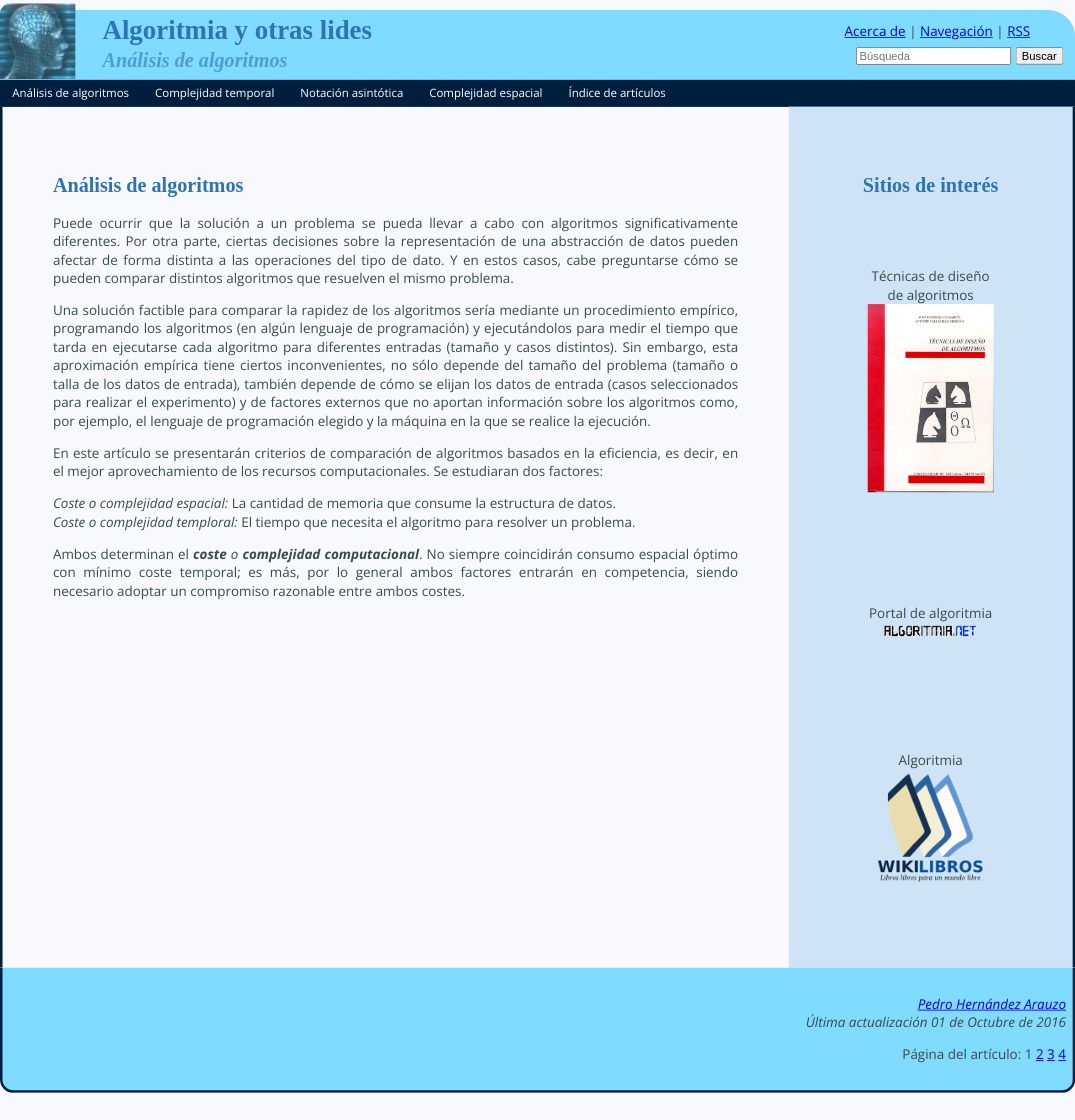
Repository: dgsama/Curso17
Page: SEW/WorkSpace/Practica04/index.html
The author's editor kept a copy of each file at every save. The page is drawn from the files as they stood at one save, then again after a run of saves.
The browser window is 1280 px wide. The pictures show the whole page, at 84% of full size.
Some web fonts or font styles are not loaded; a fallback is used.

Above is the page before, as saved 2016-10-26 09:57:43.

### SEW/WorkSpace/Practica04/index.html
<!DOCTYPE html>
<html xmlns="http://www.w3.org/1999/xhtml" lang="es" xml:lang="es">
<head>
<meta charset="UTF-8" />
<title>Análisis de algoritmos</title>
<link rel="stylesheet" type="text/css"
href="estilo.css" media="screen"/>
<style type="text/css">
/*<![CDATA[
body {
    counter-reset: c1;
}

section h2:before {
    counter-increment: c1;
    content: counter(c1) ". ";
}
]]>*/
</style>
</head>
<body>
  <header>
    <h1>
      <a href="#" title="Página inicial del blog" tabindex="1"><img
      src="algoritmia.jpg" alt="logo"/>Algoritmia y otras lides</a>
    </h1>
    <h2>Análisis de algoritmos</h2>
    <ul id="ayuda">
      <li><a href="#">Acerca de</a></li>
      <li><a href="#">Navegación</a></li>
      <li><a href="#">RSS</a></li>
      <li>
        <form method="post" action="#">
		  <fieldset>
			<input type="search" size="20" placeholder="Búsqueda"/>
			<input type="submit" value="Buscar"/>
		  </fieldset>
        </form>
      </li>
    </ul>
  </header>
  <nav>
    <ul>
      <li><a href="#" accesskey="1">Análisis de algoritmos</a></li>
      <li><a href="temporal.html" accesskey="2">Complejidad
      temporal</a></li>
      <li><a href="notacion.html" accesskey="3">Notación
      asintótica</a></li>
      <li><a href="espacial.html" accesskey="4">Complejidad
      espacial</a></li>
      <li><a href="#" accesskey="5">Índice de artículos</a></li>
    </ul>
  </nav>
  <section id="main">
    <h2>Análisis de algoritmos</h2>
    <p>Puede ocurrir que la solución a un problema se pueda llevar a
      cabo con algoritmos significativamente diferentes. Por otra parte,
      ciertas decisiones sobre la representación de una abstracción de
      datos pueden afectar de forma distinta a las operaciones del tipo
      de dato. Y en estos casos, cabe preguntarse cómo se pueden
      comparar distintos algoritmos que resuelven el mismo problema.</p>
    <p>Una solución factible para comparar la rapidez de los
      algoritmos sería mediante un procedimiento empírico, programando
      los algoritmos (en algún lenguaje de programación) y ejecutándolos
      para medir el tiempo que tarda en ejecutarse cada algoritmo para
      diferentes entradas (tamaño y casos distintos). Sin embargo, esta
      aproximación empírica tiene ciertos inconvenientes, no sólo
      depende del tamaño del problema (tamaño o talla de los datos de
      entrada), también depende de cómo se elijan los datos de entrada
      (casos seleccionados para realizar el experimento) y de factores
      externos que no aportan información sobre los algoritmos como, por
      ejemplo, el lenguaje de programación elegido y la máquina en la
      que se realice la ejecución.</p>
    <p>En este artículo se presentarán criterios de comparación de
      algoritmos basados en la eficiencia, es decir, en el mejor
      aprovechamiento de los recursos computacionales. Se estudiaran dos
      factores:</p>
    <dl>
      <dt>Coste o complejidad espacial</dt>
      <dd>La cantidad de memoria que consume la estructura de
        datos.</dd>
      <dt>Coste o complejidad temploral</dt>
      <dd>El tiempo que necesita el algoritmo para resolver un
        problema.</dd>
    </dl>
    <p>Ambos determinan el <dfn><strong>coste</strong> o
      <strong>complejidad computacional</strong></dfn>. No siempre
      coincidirán consumo espacial óptimo con mínimo coste temporal; es
      más, por lo general ambos factores entrarán en competencia, siendo
      necesario adoptar un compromiso razonable entre ambos costes.</p>
  </section>
  <aside>
    <h2>Sitios de interés</h2>
    <div>
      <figure>
        <figcaption>Técnicas de diseño de algoritmos</figcaption>
        <p><a href="http://www.lcc.uma.es/~av/Libro/"><img src="tda.jpg"
        alt="Libro de algoritmia"/></a></p>
      </figure>
      <figure>
        <figcaption>Portal de algoritmia</figcaption>
        <p><a href="http://www.algoritmia.net/"><img src="anet.gif"
		alt="Portal de algoritmia"/></a></p>
      </figure>
      <figure>
        <figcaption>Algoritmia</figcaption>
        <p><a href="http://es.wikibooks.org/wiki/Algoritmia"><img
        src="Wbooks.png" alt="Libro de algoritmia"/></a></p>
      </figure>
    </div>
  </aside>
  <footer>
    <address>
      <p>
        <a href="mailto:phernandez@uniovi.es"
         title="Escrito por Pedro Hernández">Pedro Hernández Arauzo</a>
         <br/>Última actualización
         <time datetime="2016-10-01">01 de Octubre de 2016</time>
      </p>
    </address>
    <p>
        Página del artículo: 1 <a href="temporal.html">2</a>
        <a href="notacion.html">3</a> <a href="espacial.html">4</a>
    </p>
  </footer>
</body>
</html>

### SEW/WorkSpace/Practica04/estilo.css
@charset "UTF-8";

@import
    url("http://fonts.googleapis.com/css?family=Source+Code+Pro:300,400,700|Droid+Serif:700|Open+Sans:400italic,700italic,400,700")
    ;

body {
    font-family: 'Open Sans', sans-serif;
    color: #394b4b;
    background-color: #f8f8ff;
    text-align: justify;
    margin: 0.75em 0;
    padding: 0;
}

section, aside {
    margin: 0;
    border-left: 3px solid #001f3f;
    border-right: 3px solid #001f3f;
}

aside {
    padding: 0 4em 1.5em 4em;
}

h1, h2, h3, h4, h5, h6 {
    font-family: 'Droid Serif', serif;
    color: rgb(46, 116, 181);
}

h1 a, h1 a:link, h1 a:visited {
    color: inherit;
    text-decoration: none;
}

header {
    background-color: #7fdbff;
    min-height: 82px;
    border-top-right-radius: 2em;
}

header img {
    float: left;
    opacity: 0.7;
    width: 90px;
    height: 90px;
    margin-top: -13px;
    margin-right: 1em;
    border-top-left-radius: 0.4em;
}

header h1, header h2 {
    margin: 0;
    padding: 5px 0 0 0;
}

header h2 {
    font-style: italic;
    opacity: 0.6;
}

nav {
    font-size: 90%;
}

nav>ul {
    list-style: none;
    margin: 1px 0 0 0;
    padding: 0;
    background-color: #001f3f;
    border: 1px solid #001f3f;
    font-size: 95%;
}

nav li {
    color: rgb(100%, 100%, 100%);
    margin: 0;
    padding: 0;
    display: inline-block;
    padding: 0;
}

nav a {
    display: block; /* para que el hiperv�nculo se active desde
						cualquier parte de la caja que se genera */
    padding: 0.4em 1em;
}

nav a:hover {
    background-color: #0074d9;
}

nav a:link, nav a:visited {
    color: rgb(100%, 100%, 100%);
    text-decoration: none;
}

.ecuacion, code, #Tabla3 thead th:nth-child(n+2) {
    font-family: 'Source Code Pro', monospace;
}

.ecuacion, #Tabla3 thead th:nth-child(n+2) {
    font-style: oblique;
}

pre>code {
    font-size: 16px;
}

figure, figure>p {
    margin: 0;
    padding: 0;
}

figure>pre, figure>table {
    margin-bottom: 0.15em;
}

figure>pre {
    font-size: 1em;
}

section figcaption::before {
    content: attr(title) ". ";
    font-weight: 700;
}

section figcaption {
    font-size: 85%;
    font-style: italic;
}

#Figura3 img {
    width: 578px;
    height: 268px;
}

table {
    border-collapse: collapse;
}

th, td {
    border: 1px solid rgb(40%, 40%, 40%);
    padding: 2px 0.5em;
}

#Tabla3 caption {
    color: rgb(46, 116, 181);
    font-style: italic;
    font-weight: bold;
    margin-bottom: 0.2em;
}

footer {
    clear: both;
    min-height: 50px;
    background-color: #7fdbff;
    margin-bottom: 2em;
    padding: 1em 0.5em;
    border-left: 3px solid #001f3f;
    border-right: 3px solid #001f3f;
    border-bottom: 3px solid #001f3f;
    border-bottom-left-radius: 1em;
    border-bottom-right-radius: 1em;
}

#ayuda {
    list-style-type: none;
    float: right;
    margin-top: -60px;
}

#ayuda fieldset {
    border: none;
}

#ayuda li {
    display: inline;
}

#ayuda li:nth-last-child(n+3)::after {
    content: " |";
}

dt, dd {
    display: inline;
}

dt::after {
    content: ": ";
}

dt {
    font-style: italic;
}

dd {
    margin-left: 0;
}

dd:after {
    display: block;
    content: " ";
}

#main {
    padding: 60px;
}

pre {
    margin-left: 3cm;
}

pre+figcaption {
    margin-left: 3cm;
}

table {
    margin: auto;
}

.center {
    text-align: center;
}

#Figura4 {
    float: left;
    width: 39%;
    text-align: center;
    margin-left: 10%;
}

#Figura5 {
    float: right;
    width: 39%;
    text-align: center;
    margin-right: 10%;
}

h4 {
    clear: both;
}

#Tabla3 th {
    background-color: #00BFFF;
    color: #0404B4;
    font-size: 20px;
}

#Tabla3 tbody {
    background: white;
}

#Tabla3 tbody>tr:nth-child(2n) {
    background: #A9F5F2;
}

aside {
    text-align: center;
}

aside div {
    display: flex;
    flex: auto;
    justify-content: center;
}

aside figure {
    padding: 4em;
    text-align: center;
}

aside img {
    max-width: 150px;
}

@media screen and (min-width:900px) {
    aside div {
        flex-direction: column;
        min-height: 600px;
    }
    aside {
        border-left: 0;
        padding: 2em 1.5em;
        display: table-cell;
        background-color: #CEE3F6;
    }
    #main {
        border-right: 0;
        display: table-cell;
    }
}

footer p{
    display: block;
    text-align: right;
}
}

After the next 2 saves:
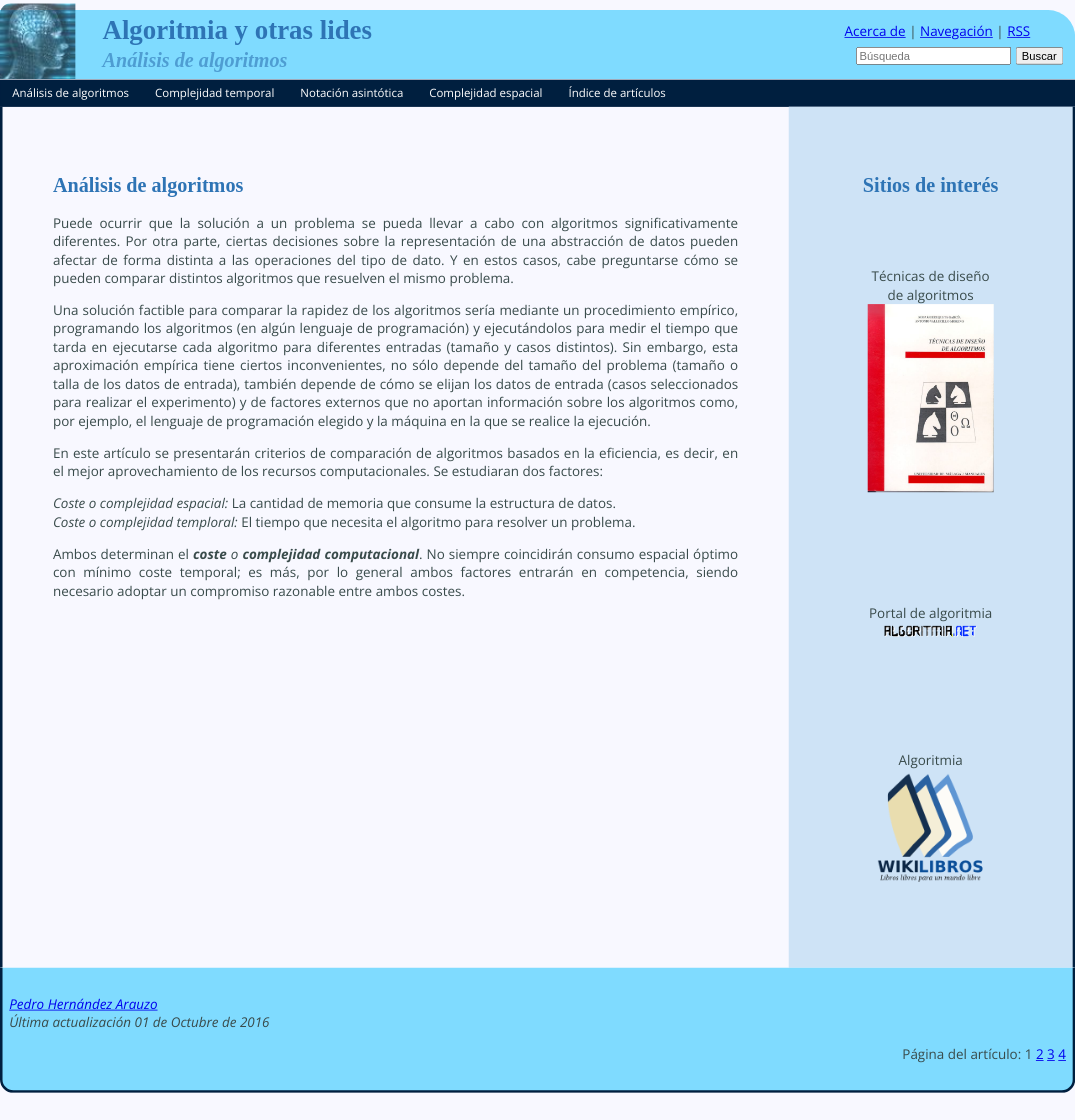
The 2 saves are shown as one change because they came seconds apart.
The last was saved 38 s later.
--- a/SEW/WorkSpace/Practica04/estilo.css
+++ b/SEW/WorkSpace/Practica04/estilo.css
@@ -291,7 +291,7 @@
     }
 }
 
-footer p{
+footer>p {
     display: block;
     text-align: right;
 }
